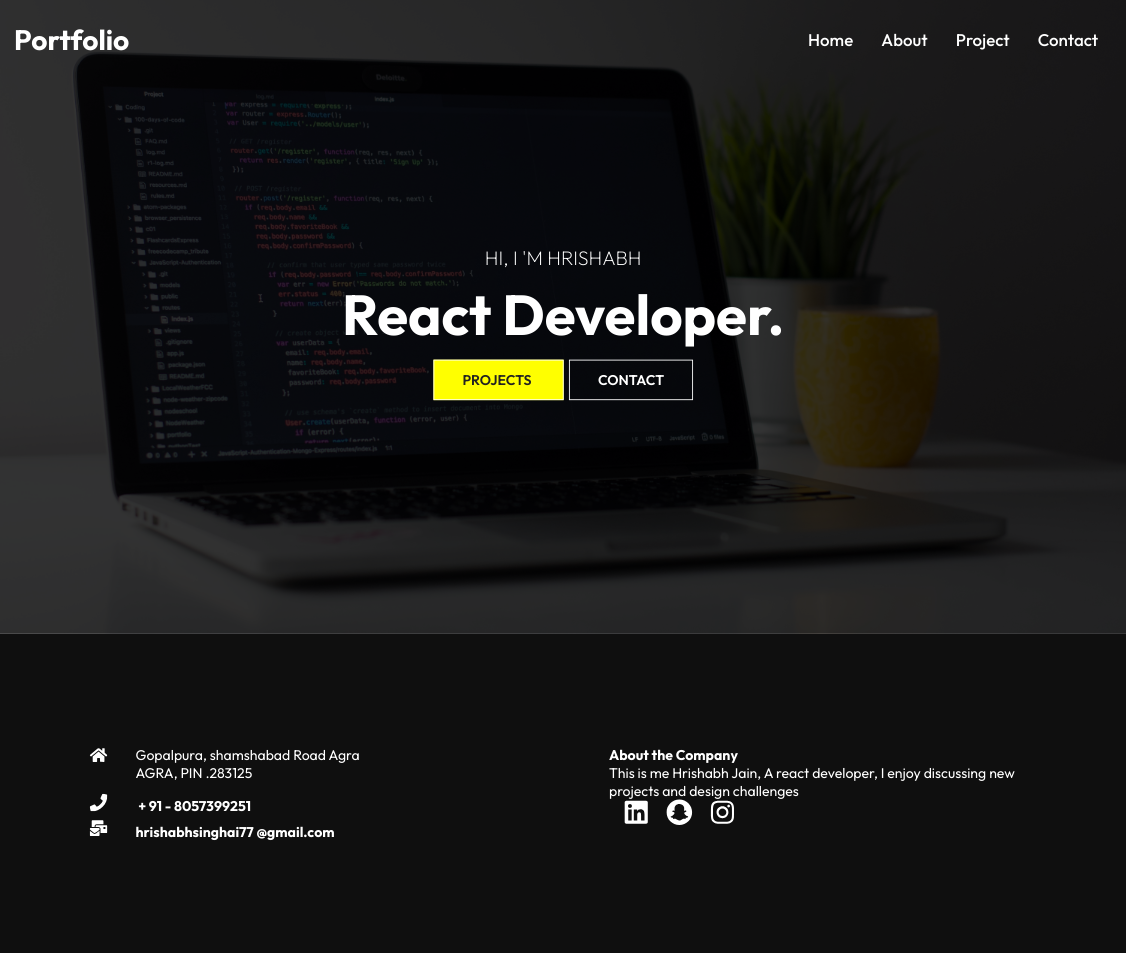
Repository: Hrishabhsinghai/Portfolio
Page: /
These files come from the project's save history. The page is drawn as it stood at one moment and after the next save; the edit follows.
The browser window is 1280 px wide. The pictures show the whole page, at 88% of full size.
The project was rebuilt for these pictures with package versions that can differ from the ones it lists, and the page was loaded fresh each time. Also part of the build but not shown: src/routes/About.js, src/routes/Project.js, src/routes/Contact.js.

Above is the page before, as saved 2024-01-04 16:07:28.

### src/index.css
@import url("https://fonts.googleapis.com/css2?family=Orbitron&family=Outfit:wght@100;200;300;400;500;600;700;800;900&display=swap");
* {
  box-sizing: border-box;
  margin: 0;
  padding: 0;
  font-family: "Outfit", sans-serif;
}

body {
  background: black;
}

h1,
h4,
p,
a {
  color: #fff;
  text-decoration: none;
}

ul {
  list-style-type: none;
}

.btn {
  padding: 12px 32px;
  font-size: 1rem;
  text-transform: uppercase;
  color: #222;
  border: 1px solid #fff;
  font-weight: 600;
  cursor: pointer;
  background: yellow;
}

.btn-light {
  background: transparent;
  color: #fff;
}

.btn-hover {
  background: rgba(255, 255, 255, 0.2);
  color: #fff;
  transition: 0.3;
}

### src/App.js
import "./index.css";
import Home from "./routes/Home";
import About from "./routes/About";
import Project from "./routes/Project";
import Contact from "./routes/Contact";
import { Route, Routes } from "react-router-dom";

function App() {
  return (
    <>
      <Routes>
        <Route path="/" element={<Home />} />{" "}
        <Route path="/project" element={<Project />} />{" "}
        <Route path="/About" element={<About />} />{" "}
        <Route path="/Contact" element={<Contact />} />{" "}
      </Routes>{" "}
    </>
  );
}

export default App;

### src/routes/Home.js
import React from "react";
import Navbar from "../components/Navbar";
import HeroImg from "../components/HeroImg";
import Footer from "../components/Footer";

const Home = () => {
  return (
    <div>
      <Navbar />
      <HeroImg />
      <Footer />
    </div>
  );
};

export default Home;

### src/components/Navbar.js
import { Link } from "react-router-dom";
import "./NavbarStyles.css";

import { FaBars, FaTimes } from "react-icons/fa";
import { useState } from "react";

const Navbar = () => {
  const [click, setClick] = useState(false);
  const handleClick = () => setClick(!click);

  const [color, settColor] = useState(false);
  const changeColor = () => {
    if (window.scrollY >= 100) {
      settColor(true);
    } else {
      settColor(false);
    }
  };

  window.addEventListener("scroll", changeColor);

  return (
    <div className={click ? "header header-bg" : "header"}>
      <Link to="/">
        {" "}
        <h1> Portfolio </h1>{" "}
      </Link>{" "}
      <ul className={click ? "nav-menu active" : "nav-menu"}>
        <li>
          <Link to="/"> Home </Link>{" "}
        </li>{" "}
        <li>
          <Link to="/About"> About </Link>{" "}
        </li>{" "}
        <li>
          <Link to="/Project"> Project </Link>{" "}
        </li>{" "}
        <li>
          <Link to="/Contact"> Contact </Link>{" "}
        </li>{" "}
      </ul>{" "}
      <div className="hamburger" onClick={handleClick}>
        {" "}
        {click ? (
          <FaTimes size={20} style={{ color: "#fff" }} />
        ) : (
          <FaBars size={20} style={{ color: "#fff" }} />
        )}{" "}
      </div>{" "}
    </div>
  );
};

export default Navbar;

### src/components/HeroImg.js
import "./HeroImgStyles.css";
import "../index.css";
import IntroImg from "../assets/IntroImg.jpg";
import React from "react";
import { Link } from "react-router-dom";

const HeroImg = () => {
  return (
    <div className="hero">
      <div className="mask">
        <img className="into-img" src={IntroImg} alt="IntroImg" />
      </div>{" "}
      <div className="content">
        <p> HI, I 'M HRISHABH </p> <h1> React Developer. </h1>{" "}
        <div>
          <Link to="/project" className="btn">
            {" "}
            Projects{" "}
          </Link>{" "}
          <Link to="/contact" className="btn btn-light">
            {" "}
            Contact{" "}
          </Link>{" "}
        </div>{" "}
      </div>{" "}
    </div>
  );
};

export default HeroImg;

### src/components/Footer.js
import "./FooterStyles.css";

import React from "react";
import {
  FaHome,
  FaInstagram,
  FaLinkedin,
  FaMailBulk,
  FaPhone,
  FaSnapchat,
} from "react-icons/fa";

const Footer = () => {
  return (
    <div className="footer">
      <div className="footer-container">
        <div className="left">
          <div className="location">
            <FaHome size={20} style={{ color: "#fff", marginRight: "2rem" }} />{" "}
            <div>
              <p> Gopalpura, shamshabad Road Agra </p>{" "}
              <p> AGRA, PIN .283125 </p>{" "}
            </div>{" "}
          </div>{" "}
          <div className="phone">
            <h4>
              {" "}
              <FaPhone
                size={20}
                style={{ color: "#fff", marginRight: "2rem" }}
              />{" "}
              + 91 - 8057399251{" "}
            </h4>{" "}
          </div>{" "}
          <div className="email">
            <h4>
              {" "}
              <FaMailBulk
                size={20}
                style={{ color: "#fff", marginRight: "2rem" }}
              />
              hrishabhsinghai77 @gmail.com{" "}
            </h4>{" "}
          </div>{" "}
        </div>{" "}
        <div className="right">
          <h4> About the Company </h4>{" "}
          <p>
            {" "}
            This is me Hrishabh Jain, A react developer, I enjoy discussing new
            projects and design challenges{" "}
          </p>{" "}
          <div className="social">
            <h4>
              <FaLinkedin
                size={30}
                style={{ color: "#fff", marginLeft: "1rem" }}
              />{" "}
              <FaSnapchat
                size={30}
                style={{ color: "#fff", marginLeft: "1rem" }}
              />{" "}
              <FaInstagram
                size={30}
                style={{ color: "#fff", marginLeft: "1rem" }}
              />{" "}
            </h4>{" "}
          </div>{" "}
        </div>{" "}
      </div>{" "}
    </div>
  );
};

export default Footer;

### src/components/NavbarStyles.css
.header {
  display: flex;
  justify-content: space-between;
  align-items: center;
  padding: 1rem;
  position: fixed;
  width: 100%;
  height: 90px;
  z-index: 10;
}

.header-bg {
  background-color: rgba(0, 0, 0, 0.85);
  transition: 0.5s;
}

.nav-menu {
  display: flex;
}

.nav-menu li {
  padding: 0 1rem;
}

.nav-menu li a {
  font-size: 1.2rem;
  font-weight: 500;
}

.hamburger {
  display: none;
}

@media screen and (max-width: 1040px) {
  .nav-menu {
    flex-direction: column;
    justify-content: center;
    align-items: center;
    width: 100%;
    height: 100vh;
    background: rgba(0, 0, 0, 0.9);
    position: absolute;
    top: 0;
    left: -100%;
    z-index: -3;
    transition: 0.3s;
  }
  .nav-menu.active {
    left: 0;
  }
  .nav-menu li {
    padding: 1rem 0;
  }
  .nav-menu li a {
    font-size: 2rem;
  }
  .hamburger {
    display: initial;
  }
}

### src/components/HeroImgStyles.css
.mask {
  width: 100%;
  height: 100vh;
  position: relative;
}

.into-img {
  width: 100%;
  height: 100vh;
  background-size: cover;
  background-position: center;
  object-fit: cover;
}

.mask::after {
  content: "";
  width: 100%;
  height: 100vh;
  position: absolute;
  top: 0;
  left: 0;
  background-color: #000;
  opacity: 0.8;
}

.hero {
  height: 100%;
  width: 100;
}

.hero .content {
  position: absolute;
  transform: translate(-50%, -50%);
  top: 50%;
  left: 50%;
  text-align: center;
}

.hero .content h1 {
  font-size: 4rem;
  padding: 0.6rem 0 1.5rem;
}

.hero .content p {
  font-size: 1.4rem;
  font-weight: 200;
  text-transform: uppercase;
}

.content .btn {
  margin: 1rem 0.2rem;
}

@media screen and (max-width: 640px) {
  .hero .content h1 {
    font-size: 3rem;
  }
  .hero .content p {
    font-size: 1.4rem;
  }
}

### src/components/FooterStyles.css
.footer {
  width: 100%;
  padding: 6rem 0;
  background-color: rgba(19, 19, 19, 0.8);
}

.footer-container {
  max-width: 1140px;
  margin: auto;
  display: grid;
  grid-template-columns: repeat(2, 1fr);
  grid-gap: 40px;
}

.left {
  height: 100%;
  max-width: 100%;
  display: flex;
  flex-direction: column;
  padding: 2rem;
}

.location {
  display: flex;
  margin-bottom: 0.8rem;
}

.location {
  display: flex;
  margin-bottom: 0.8rem;
}

.phone {
  line-height: 30px;
}

.right {
  height: 100%;
  max-width: 100%;
  display: flex;
  flex-direction: column;
  padding: 2rem;
}

Loaded but not shown: public/index.html (common file); src/index.js (common file)

After the next save:
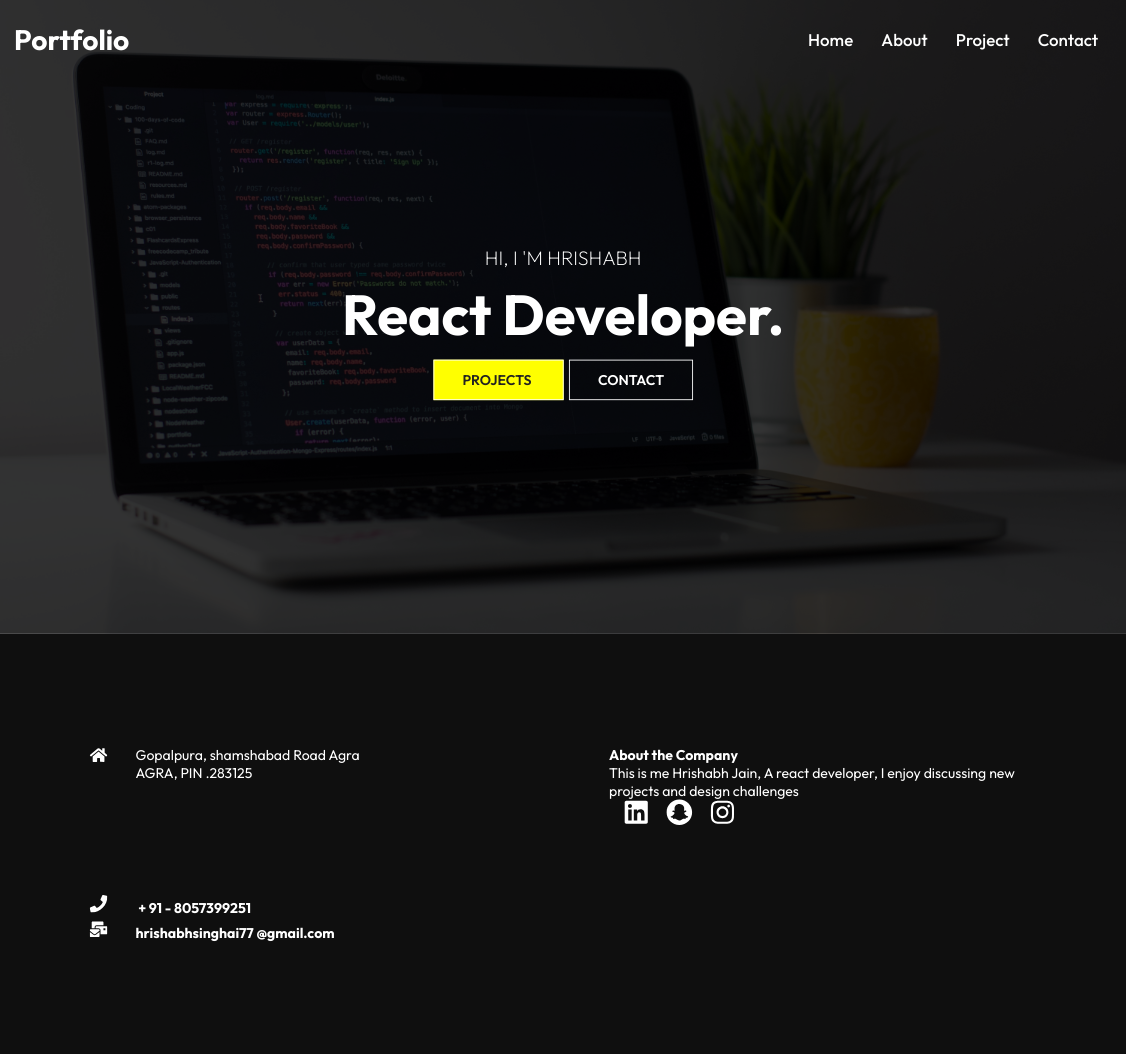
Saved 7 s later.
--- a/src/components/FooterStyles.css
+++ b/src/components/FooterStyles.css
@@ -27,7 +27,7 @@
 
 .location {
   display: flex;
-  margin-bottom: 0.8rem;
+  margin-bottom: 8rem;
 }
 
 .phone {
